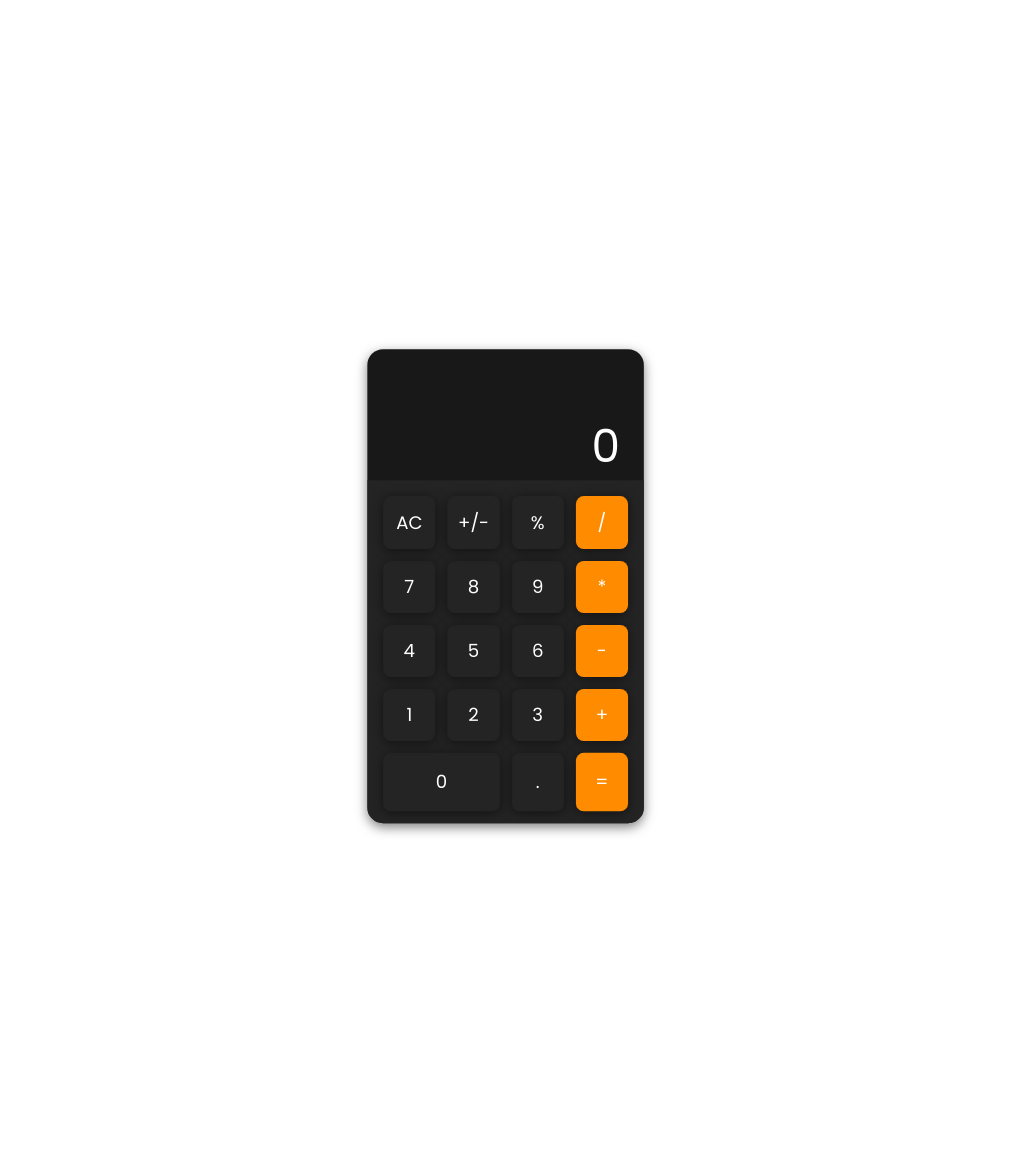
Repository: minhtien9/Calculator
Page: /
The author's editor kept a copy of each file at every save. The page is drawn from the files as they stood at one save, then again after the next save.
The browser window is 1280 px wide. The pictures show the whole page, at 79% of full size.
The project was rebuilt for these pictures with package versions that can differ from the ones it lists, and the page was loaded fresh each time. Also part of the build but not shown: src/App.css.

Above is the page before, as saved 2022-07-21 19:17:48.

### src/index.js
import React from "react";
import ReactDOM from "react-dom/client";
import App from "./App";

const root = ReactDOM.createRoot(document.getElementById("root"));
root.render(
    <React.StrictMode>
        <App />
    </React.StrictMode>
);

// If you want to start measuring performance in your app, pass a function
// to log results (for example: reportWebVitals(console.log))
// or send to an analytics endpoint. Learn more: https://bit.ly/CRA-vitals

### src/App.js
import "./App.css";
import Caculator from "./Components/Caculator";

function App() {
    return (
        <div className='App'>
            <Caculator />
        </div>
    );
}

export default App;

### src/Components/Caculator.jsx
import React from "react";
import "./Caculator.scss";

const Caculator = () => {
    return (
        <div className='caculator'>
            <section className='monitor'>
                <p className='out-put'>0</p>
            </section>

            <section className='keyboard'>
                <div className='keyboard-row'>
                    <button className='one-block'>AC</button>
                    <button className='one-block'> +/- </button>
                    <button className='one-block'> % </button>
                    <button className='one-block orange'>/</button>
                </div>

                <div className='keyboard-row'>
                    <button className='one-block'>7</button>
                    <button className='one-block'>8</button>
                    <button className='one-block'>9</button>
                    <button className='one-block orange'>*</button>
                </div>

                <div className='keyboard-row'>
                    <button className='one-block'>4</button>
                    <button className='one-block'>5</button>
                    <button className='one-block'>6</button>
                    <button className='one-block orange'>-</button>
                </div>

                <div className='keyboard-row'>
                    <button className='one-block'>1</button>
                    <button className='one-block'>2</button>
                    <button className='one-block'>3</button>
                    <button className='one-block orange'>+</button>
                </div>

                <div className='keyboard-row'>
                    <button className='two-block'>0</button>
                    <button className='one-block'> .</button>
                    <button className='one-block orange'> =</button>
                </div>
            </section>
        </div>
    );
};

export default Caculator;

### src/Components/Caculator.scss
@import url("https://fonts.googleapis.com/css2?family=Poppins:ital,wght@0,100;0,200;0,300;0,400;0,500;0,600;0,700;0,800;0,900;1,100;1,200;1,300;1,400;1,500;1,600;1,700;1,800;1,900&display=swap");

* {
    font-family: "Poppins";
    font-size: 23px;
    color: white;
}

button {
    border: none;
    background: none;
    cursor: pointer;
    border-radius: 10px;
    box-shadow: 0 2px 15px 0 rgba(0, 0, 0, 0.5);
}

.orange {
    background: darkorange;
    color: white;
}

.caculator {
    width: 350px;
    height: 600px;
    margin: 35% auto;
    background-color: rgb(24, 24, 24);
    display: flex;
    flex-direction: column;
    border-radius: 20px;
    overflow: hidden;
    box-shadow: 0px 5px 15px 0px rgba(0, 0, 0, 0.5);
}

.monitor {
    .out-put {
        margin: 80px 30px 0px;
        font-size: 2.5rem;
        text-align: right;
    }
}

.keyboard {
    display: flex;
    flex-direction: column;
    background: rgb(36, 36, 36);
    gap: 15px;
    padding: 20px;
}

.keyboard-row {
    display: flex;
    gap: 15px;
    .one-block {
        width: 25%;
        aspect-ratio: 1/1;
    }

    .two-block {
        width: calc(50% - -21px);
        aspect-ratio: 2/1;
    }
}

Loaded but not shown: public/index.html (common file)

After the next save:
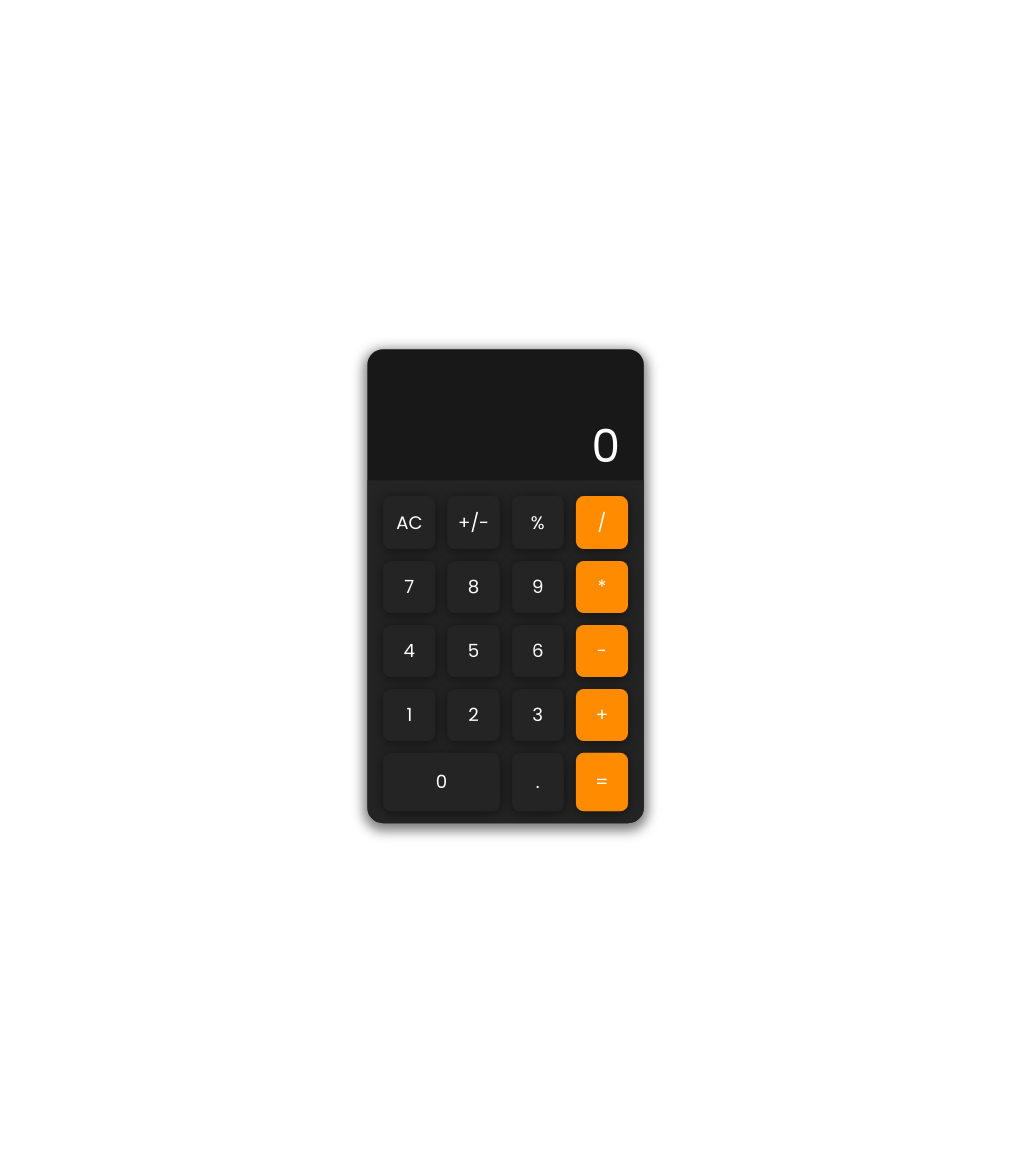
Saved 14 s later.
--- a/src/Components/Caculator.scss
+++ b/src/Components/Caculator.scss
@@ -28,7 +28,7 @@ button {
     flex-direction: column;
     border-radius: 20px;
     overflow: hidden;
-    box-shadow: 0px 5px 15px 0px rgba(0, 0, 0, 0.5);
+    box-shadow: 0px 5px 15px 5px rgba(0, 0, 0, 0.5);
 }
 
 .monitor {
